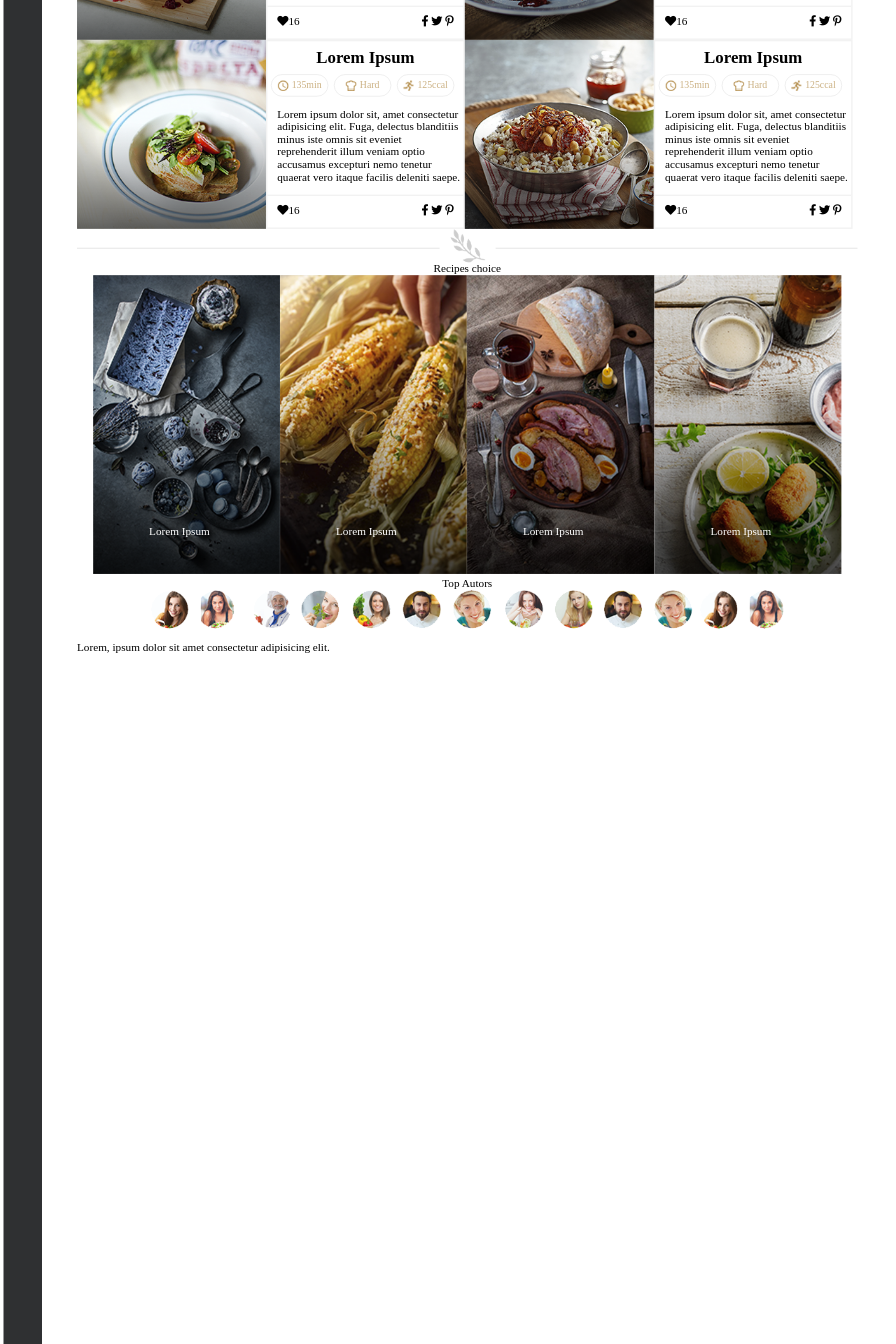
Repository: grzegorzgebala/recipeCatalog
Page: index.html
These files come from the project's save history. The page is drawn as it stood at one moment and after the next save; the edit follows.
The browser window is 1280 px wide. The pictures show the part of the page from y = 2370 to 4290 px (the page is 7016 px tall), at 70% of full size.
Some web libraries are served in a nearby version. The style sheet was rebuilt from its Sass, Less or Tailwind sources for each picture, by a compiler version that may differ from the author's.

Above is the page before, as saved 2019-05-03 00:24:11.

After the next save:
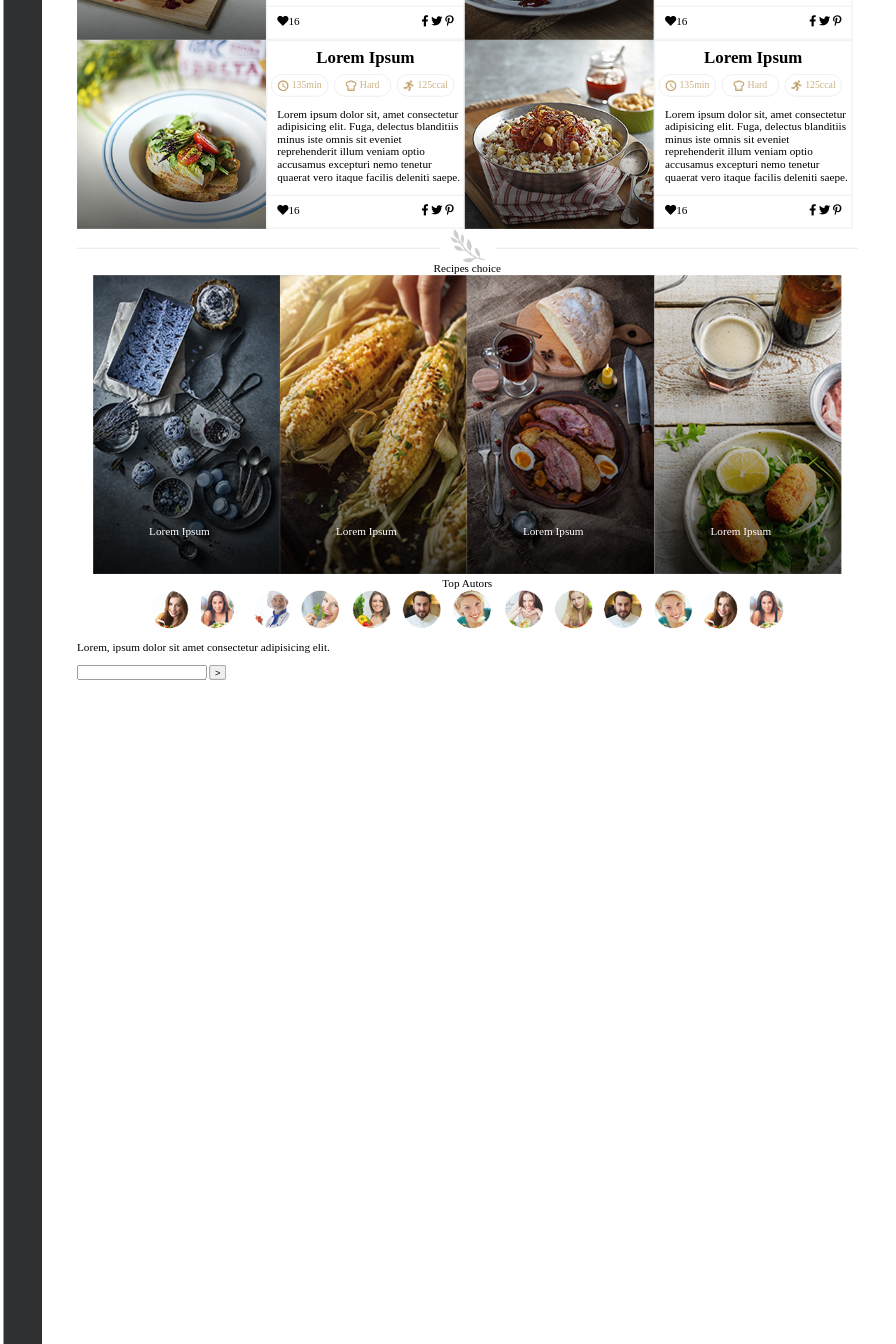
Saved 2 min 49 s later.
--- a/index.html
+++ b/index.html
@@ -440,6 +440,8 @@
             </section>
             <section class="contact">
                 <p>Lorem, ipsum dolor sit amet consectetur adipisicing elit.</p>
+                <input type="Adress">
+                <button>></button>
             </section>
             <footer>
 
